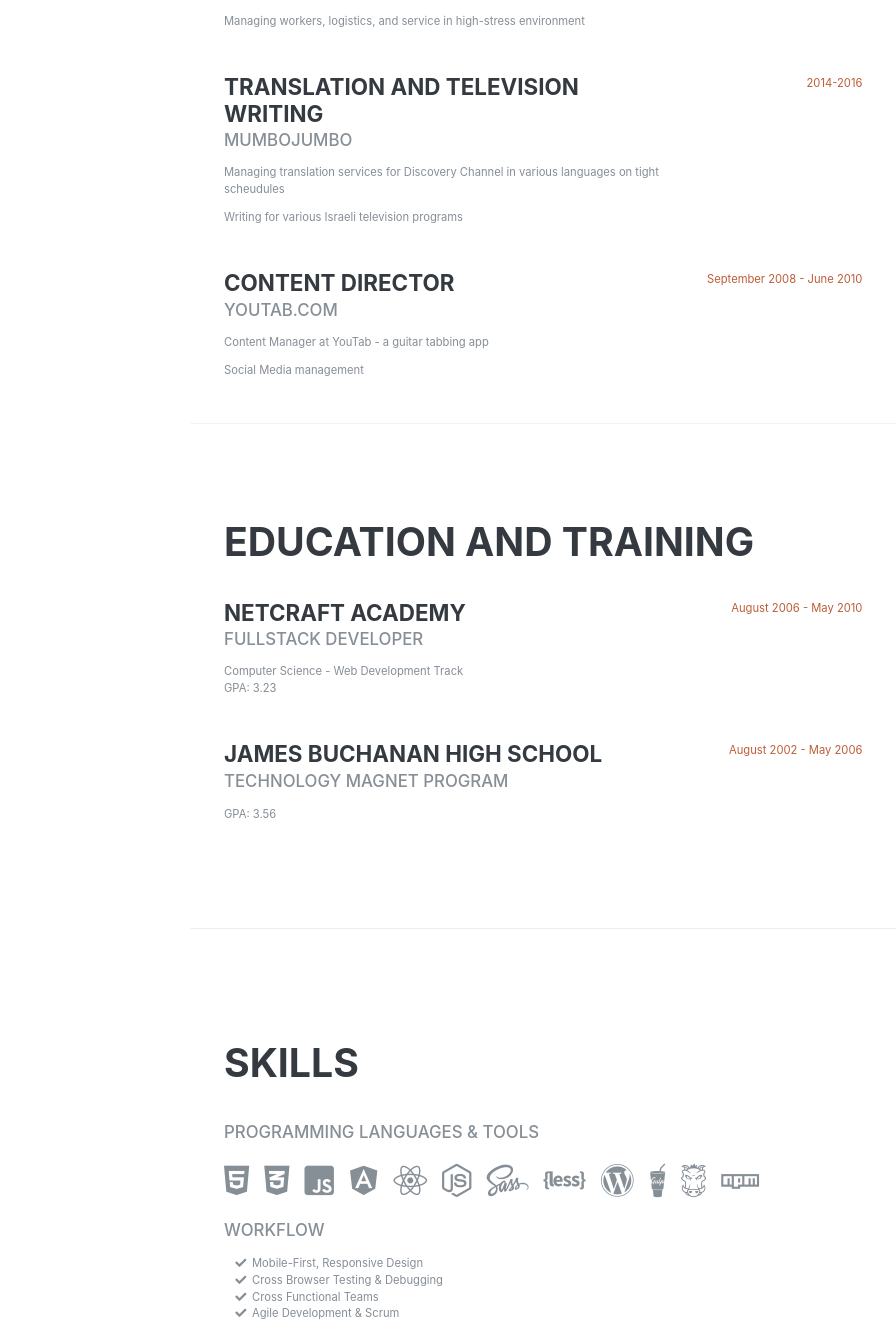
Repository: AlonGur/resume
Page: index.html
The author's editor kept a copy of each file at every save. The page is drawn from the files as they stood at one save, then again after the next save.
The browser window is 1280 px wide. The pictures show the part of the page from y = 957 to 2877 px (the page is 4446 px tall), at 70% of full size.
Some web fonts or font styles are not loaded; a fallback is used.

Above is the page before, as saved 2019-06-07 15:59:29.

After the next save:
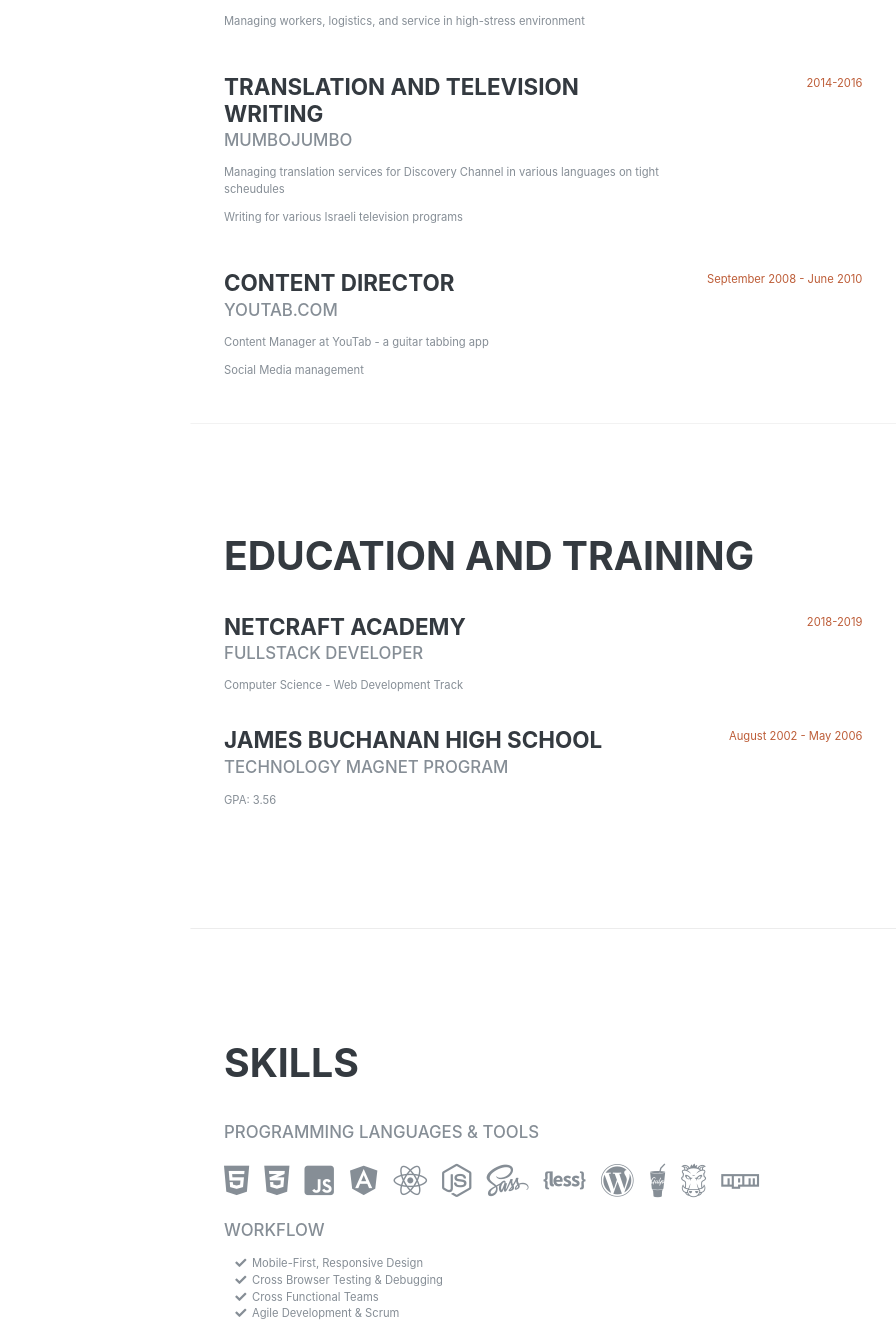
Saved 71 s later.
--- a/index.html
+++ b/index.html
@@ -141,10 +141,9 @@
             <h3 class="mb-0">Netcraft Academy</h3>
             <div class="subheading mb-3">Fullstack Developer</div>
             <div>Computer Science - Web Development Track</div>
-            <p>GPA: 3.23</p>
-          </div>
-          <div class="resume-date text-md-right">
-            <span class="text-primary">August 2006 - May 2010</span>
+          </div>
+          <div class="resume-date text-md-right">
+            <span class="text-primary">2018-2019</span>
           </div>
         </div>
 
